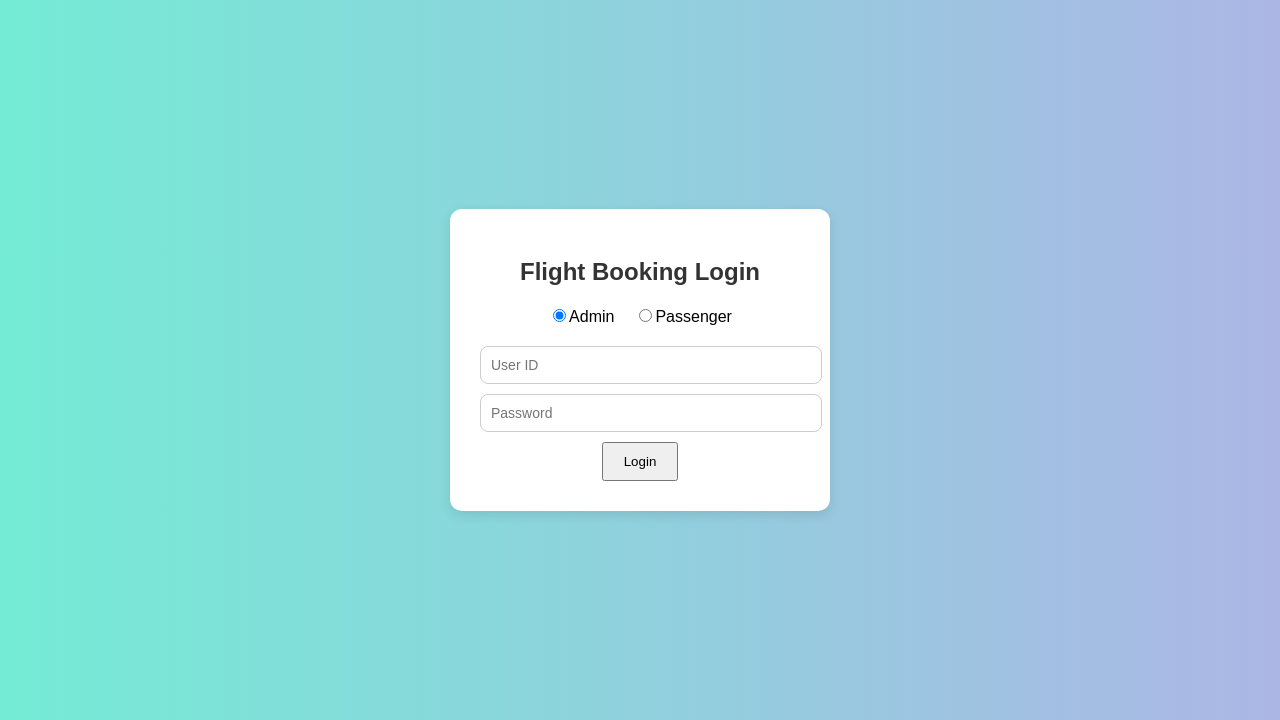
Repository: Shenes35/Booking-system
Page: / (app in frontend/)
The author's editor kept a copy of each file at every save. The page is drawn from the files as they stood at one save, then again after the next save.
The browser window is 1280 px wide. The pictures show the whole page.
The project was rebuilt for these pictures with package versions that can differ from the ones it lists, and the page was loaded fresh each time.

Above is the page before, as saved 2025-05-19 10:39:21.

### frontend/src/index.js
import React from 'react';
import ReactDOM from 'react-dom/client';
import './index.css';
import App from './App.jsx';       // ONLY one import of App
import reportWebVitals from './reportWebVitals';

const root = ReactDOM.createRoot(document.getElementById('root'));
root.render(
  <React.StrictMode>
    <App />
  </React.StrictMode>
);

reportWebVitals();

### frontend/src/App.jsx
import React, { useState } from 'react';
import LoginPage from './components/LoginPage';

const App = () => {
  const [userRole, setUserRole] = useState(null);

  if (!userRole) {
    return <LoginPage setUserRole={setUserRole} />;
  }

  return (
    <div>
      <h1>Welcome, {userRole}!</h1>
      {/* Add more UI or navigation here */}
    </div>
  );
};

export default App;

### frontend/src/components/LoginPage.jsx
import React, { useState } from 'react';

const LoginPage = ({ setUserRole }) => {
  const [role, setRole] = useState('admin');
  const [userId, setUserId] = useState('');
  const [password, setPassword] = useState('');

  const handleSubmit = (e) => {
    e.preventDefault();
    if (!userId || !password) {
      alert('Please enter User ID and Password');
      return;
    }
    setUserRole(role);
  };

  return (
    <div style={styles.container}>
      <div style={styles.card}>
        <h2 style={styles.title}>Flight Booking Login</h2>
        <form onSubmit={handleSubmit}>
            <div style={styles.roleSelection}>
            <label style={styles.radioLabel}>
                <input type="radio" value="admin" checked={role === 'admin'} onChange={() => setRole('admin')} />
                Admin
            </label>
            <label style={styles.radioLabel}>
                <input type="radio" value="passenger" checked={role === 'passenger'} onChange={() => setRole('passenger')} />
                Passenger
            </label>
            </div>
            <input
                type="text"
                placeholder="User ID"
                value={userId}
                onChange={(e) => setUserId(e.target.value)}
                style={styles.input}
            />
            <input
                type="password"
                placeholder="Password"
                value={password}
                onChange={(e) => setPassword(e.target.value)}
                style={styles.input}
            />
            <button type="submit" style={{ padding: '10px 20px' }}>Login</button>
        </form>
        </div>
    </div>
  );
};
const styles = {
  container: {
    display: 'flex',
    justifyContent: 'center',
    alignItems: 'center',
    height: '100vh',
    background: 'linear-gradient(to right, #74ebd5, #ACB6E5)',
    fontFamily: 'Arial, sans-serif',
  },
  card: {
    padding: '30px',
    borderRadius: '12px',
    backgroundColor: '#ffffff',
    boxShadow: '0 4px 12px rgba(0, 0, 0, 0.1)',
    minWidth: '320px',
    textAlign: 'center',
  },
  title: {
    marginBottom: '20px',
    color: '#333',
  },
  roleSelection: {
    display: 'flex',
    justifyContent: 'center',
    gap: '20px',
    marginBottom: '20px',
  },
  radioLabel: {
    fontSize: '16px',
  },
  input: {
    display: 'block',
    width: '100%',
    padding: '10px',
    margin: '10px 0',
    border: '1px solid #ccc',
    borderRadius: '8px',
    fontSize: '14px',
  },
  button: {
    backgroundColor: '#4CAF50',
    color: '#fff',
    padding: '12px 20px',
    border: 'none',
    borderRadius: '8px',
    cursor: 'pointer',
    fontSize: '16px',
    marginTop: '10px',
    transition: 'background-color 0.3s ease',
  },
};

export default LoginPage;

Loaded but not shown: frontend/public/index.html (common file); frontend/src/index.css (common file); frontend/src/reportWebVitals.js (common file)

After the next save:
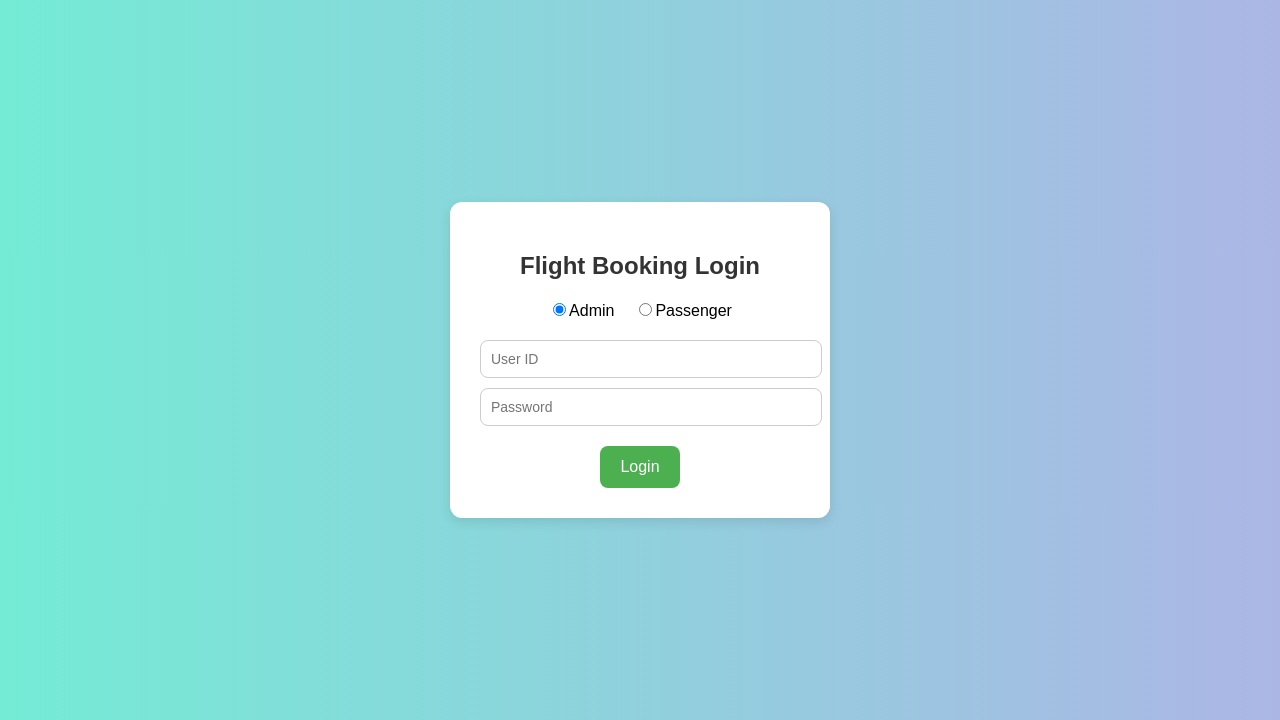
Saved 26 s later.
--- a/frontend/src/components/LoginPage.jsx
+++ b/frontend/src/components/LoginPage.jsx
@@ -43,7 +43,7 @@ const LoginPage = ({ setUserRole }) => {
                 onChange={(e) => setPassword(e.target.value)}
                 style={styles.input}
             />
-            <button type="submit" style={{ padding: '10px 20px' }}>Login</button>
+            <button type="submit" style={styles.button}>Login</button>
         </form>
         </div>
     </div>
